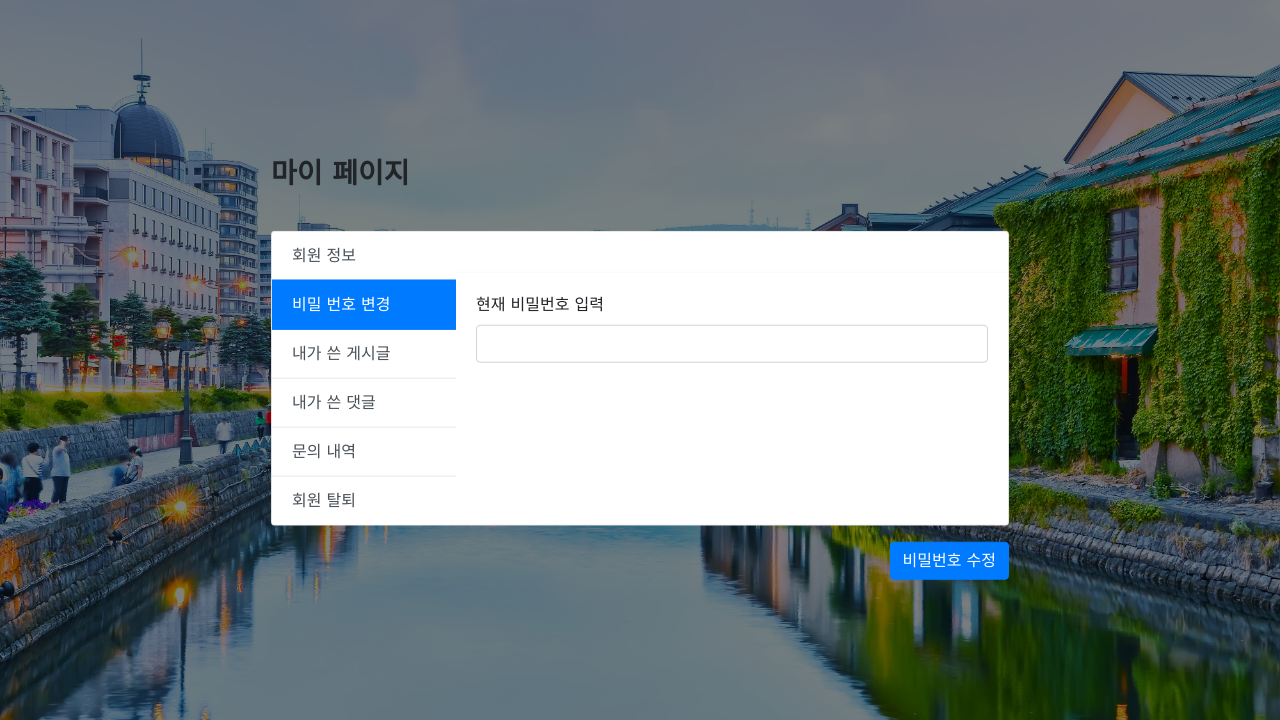
Repository: ExiNni/Travel-Project
Page: http://localhost/project_login/myPage/user_password.jsp
An editor plug-in stored every save of this project. The page is shown before and after the next save, followed by the edit.
The browser window is 1280 px wide. The pictures show the whole page.
The page is served by Tomcat 9. Other server files are loaded and not shown.

Above is the page before, as saved 2023-11-08 06:48:47.

### project_login/src/main/webapp/myPage/user_password.jsp
<%@ page language="java" contentType="text/html; charset=UTF-8"
	pageEncoding="UTF-8"%>
<!DOCTYPE html>
<html>
<head>
<meta charset="UTF-8">
<meta name="viewport" content="width=device-width, initial-scale=1.0">
<title>마이페이지</title>
<link rel="stylesheet" href="../myPage/mypage-css/mypage.css">
<link
	href="https://cdn.jsdelivr.net/npm/bootstrap@4.5.0/dist/css/bootstrap.min.css"
	rel="stylesheet">

</head>
<body>
	<form action="LoginServlet" method="post">
		<header>
        <div class="total">
            <div class="container light-style flex-grow-1 container-p-y">
                <h3 class="font-weight-bold py-3 mb-4">
                    마이 페이지
                </h3>

                <div class="card overflow-hidden">
                    <div class="row no-gutters row-bordered row-border-light">
                        <div class="col-md-3 pt-0">
                            <div class="list-group list-group-flush account-settings-links">
                                <a class="list-group-item list-group-item-action" data-toggle="list" href="./user-info.html">회원
                                    정보</a>
                                <a class="list-group-item list-group-item-action active" data-toggle="list" href="./user-password.html">비밀 번호
                                    변경</a>
                                <a class="list-group-item list-group-item-action" data-toggle="list"
                                    href="./user-post.html">내가 쓴 게시글</a>


                                <a class="list-group-item list-group-item-action" data-toggle="list" href="./user-comment.html">내가 쓴
                                    댓글</a>
                                <a class="list-group-item list-group-item-action" data-toggle="list" href="./user-inquiry-password.html">문의 내역</a>
                                <a class="list-group-item list-group-item-action" data-toggle="list" href="./user-delete.html">회원 탈퇴</a>
                            </div>
                        </div>
                        <div class="col-md-9">
                            <div class="tab-content">
                                <div class="card-body media align-items-center">
                                </div>
                            </div>
                            <hr class="border-light m-0">
                            <div class="card-body">
                                <div class="form-group">
                                    <label class="form-label">현재 비밀번호 입력</label>
                                    <input type="password" class="form-control mb-1" value="">
                                </div>


                            </div>
                        </div>
                    </div>
                </div>
                <div class="text-right mt-3">
                    <a href="./user-password-update.html"><button type="button" class="btn btn-primary">비밀번호 수정</button></a>
                </div>
            </div>
        </div>
    </header>
	</form>
</body>
</html>

### project_login/src/main/webapp/myPage/mypage-css/mypage.css
@charset "EUC-KR";

header{
    background-image:linear-gradient(rgba(0,0,0,0.5),rgba(0,0,0,0.5)), url('3.jpg');
    height: 100vh;
    background-size: cover;
    background-position: center;
}

.total {
    position: absolute;
    top: 50%;
    left: 50%;
    transform: translate(-50%, -50%);
    font-family: Verdana, Geneva, Tahoma, sans-serif;
    width: 60%;
}

#cancle{
    background-color: gray;
    border-color: gray;
}

#delete{
    background-color: red;
    border-color: red;

}

.sad{
    margin-left: 10%;
}

After the next save:
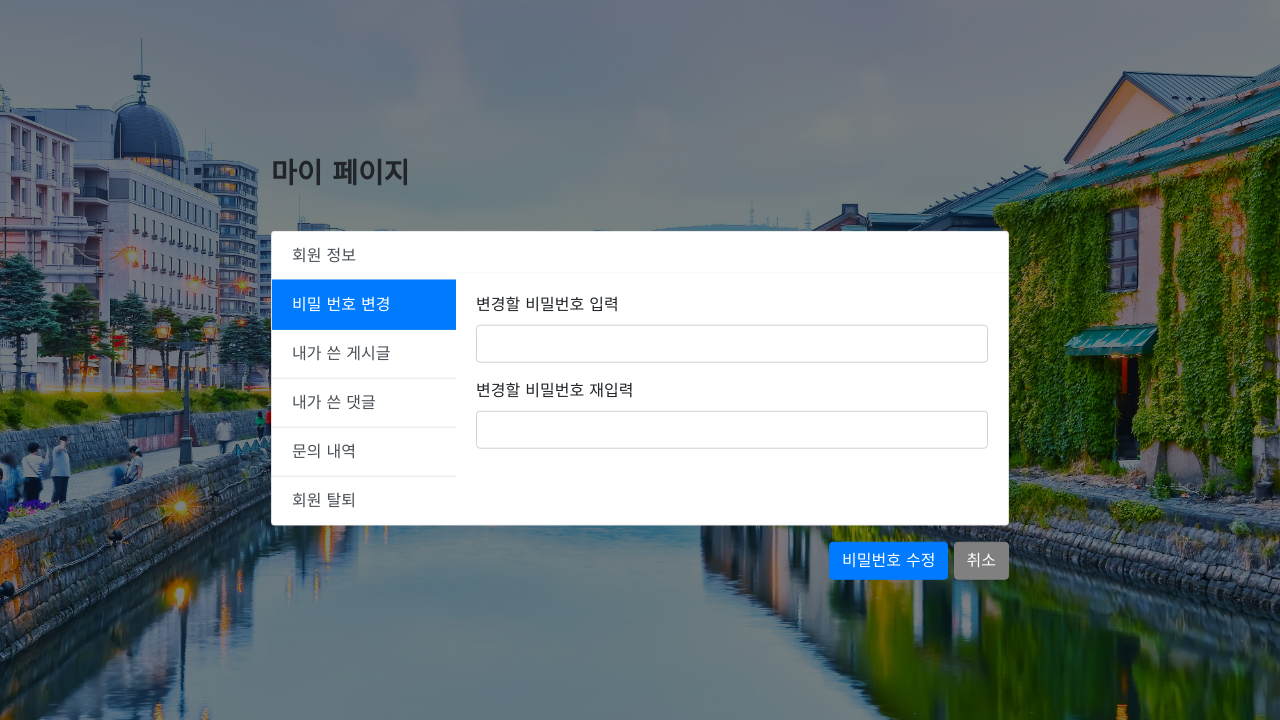
Saved 22 s later.
--- a/project_login/src/main/webapp/myPage/user_password.jsp
+++ b/project_login/src/main/webapp/myPage/user_password.jsp
@@ -47,7 +47,12 @@
                             <hr class="border-light m-0">
                             <div class="card-body">
                                 <div class="form-group">
-                                    <label class="form-label">현재 비밀번호 입력</label>
+                                    <label class="form-label"> 변경할 비밀번호 입력</label>
+                                    <input type="password" class="form-control mb-1" value="">
+                                </div>
+
+                                <div class="form-group">
+                                    <label class="form-label"> 변경할 비밀번호 재입력</label>
                                     <input type="password" class="form-control mb-1" value="">
                                 </div>
 
@@ -57,7 +62,8 @@
                     </div>
                 </div>
                 <div class="text-right mt-3">
-                    <a href="./user-password-update.html"><button type="button" class="btn btn-primary">비밀번호 수정</button></a>
+                    <a href="./user-password.html"><button type="button" class="btn btn-primary" id="commit">비밀번호 수정</button></a>
+                    <a href="./user-password.html"><button type="button" class="btn btn-primary" id="cancle">취소</button></a>
                 </div>
             </div>
         </div>
